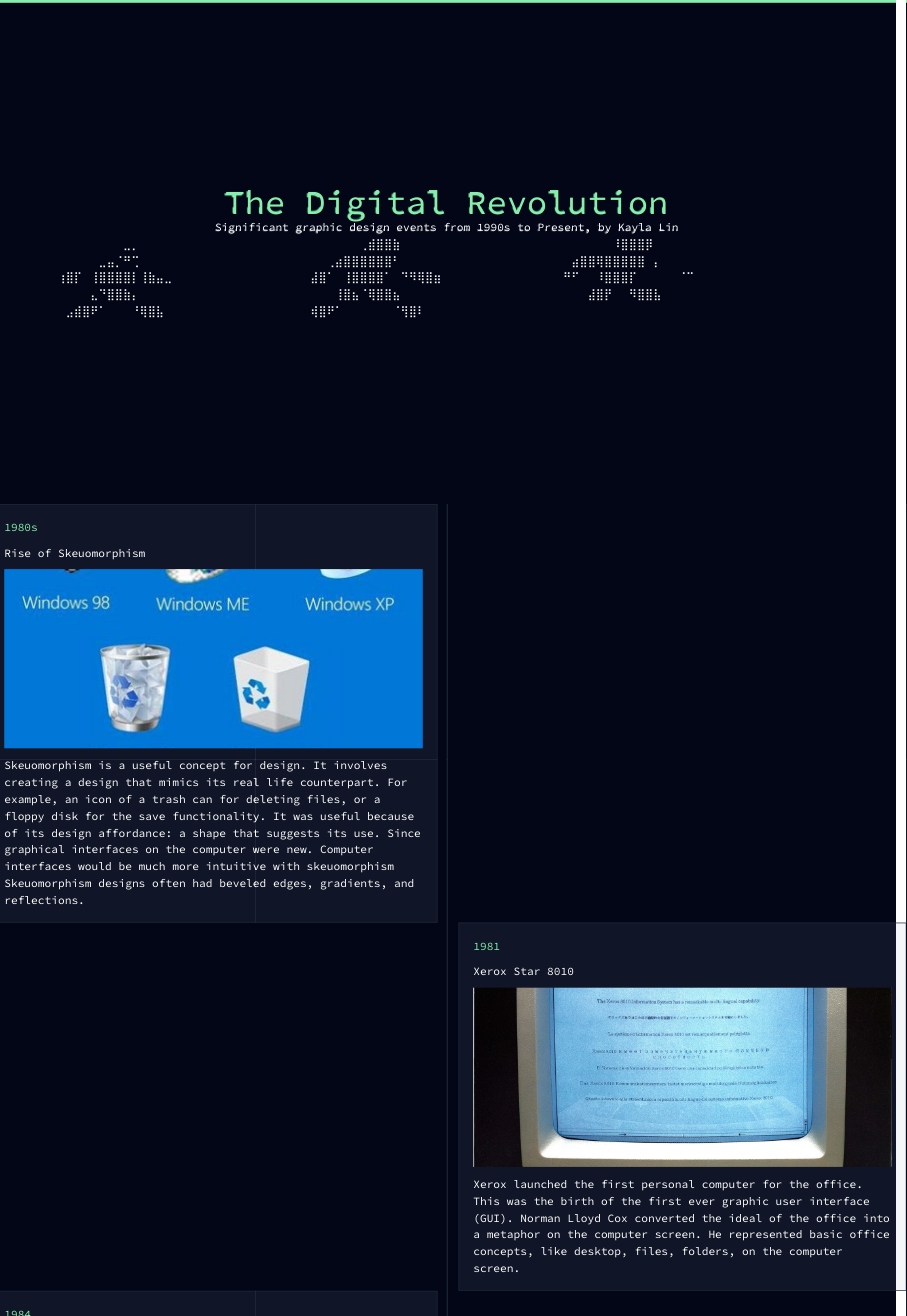
Repository: kayla-lin/graphic-design-timeline
Page: /
An editor plug-in stored every save of this project. The page is shown before and after the next save, followed by the edit.
The browser window is 1280 px wide. The page is 1295 px wide, so the pictures cover 1295 px, including what lies to the right of the window. The pictures show the part of the page from y = 0 to 1880 px (the page is 13822 px tall), at 70% of full size.
The project was rebuilt for these pictures with package versions that can differ from the ones it lists, and the page was loaded fresh each time. The framework's server and built-in components were replaced by stand-ins that run in the browser. Also part of the build but not shown: next.config.js.

Above is the page before, as saved 2023-05-01 22:25:35.

After the next save:
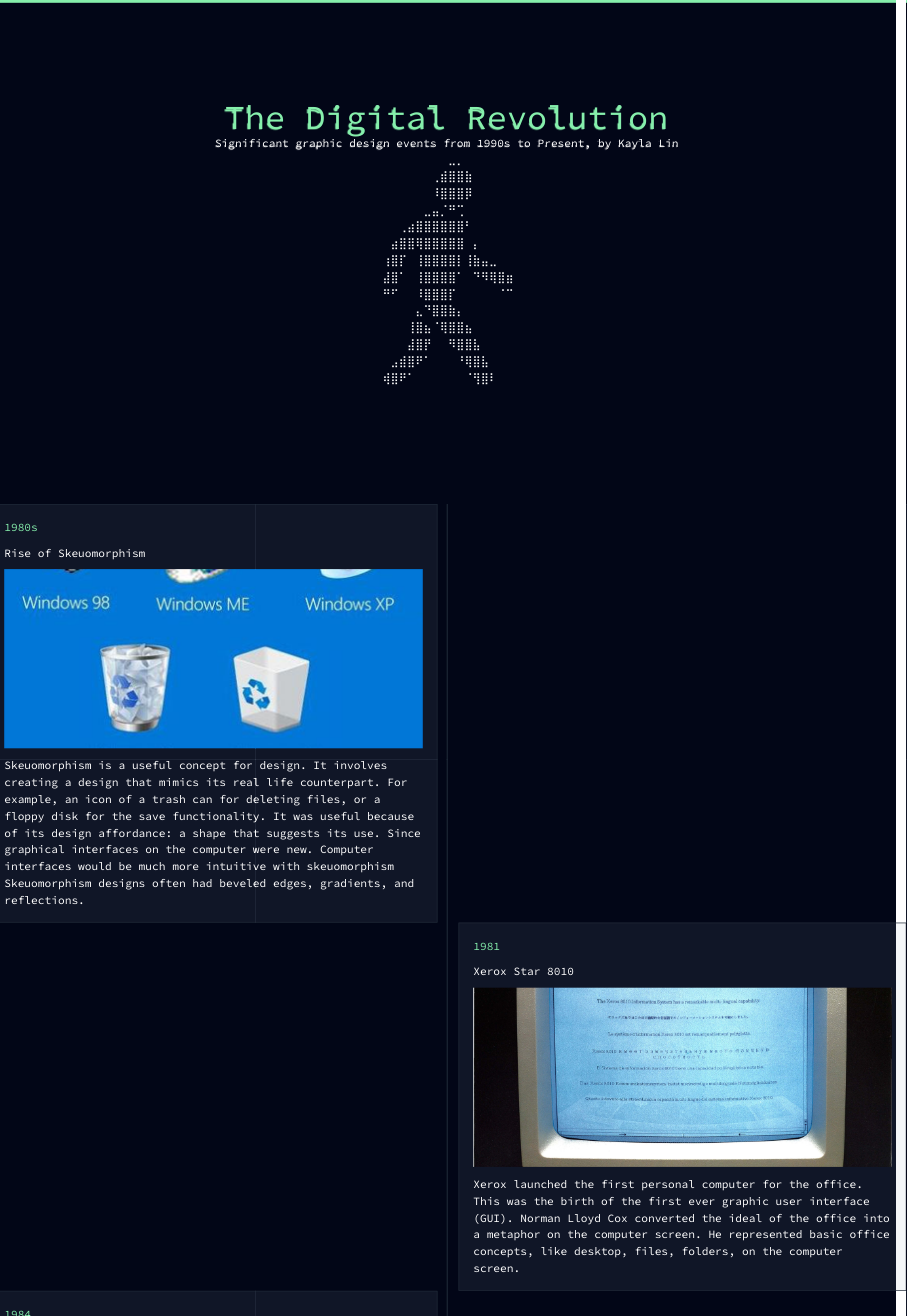
Saved 32 s later.
--- a/pages/components/Introduction/index.tsx
+++ b/pages/components/Introduction/index.tsx
@@ -3,7 +3,7 @@
 const Introduction = () => {
   // My representation of your input ASCII you get from elsewhere
   var inputASCII = [
-    "⠀⠀⠀⠀⠀⠀⠀⠀⠀⠀⠀⠀⠀⠀⠀⣀⡀⠀⠀⠀⠀⠀⠀⠀⠀⠀⠀⠀⠀⠀",
+    "<pre><code>⠀⠀⠀⠀⠀⠀⠀⠀⠀⠀⠀⠀⠀⠀⠀⣀⡀⠀⠀⠀⠀⠀⠀⠀⠀⠀⠀⠀⠀⠀",
     "⠀⠀⠀⠀⠀⠀⠀⠀⠀⠀⠀⠀⠀⢀⣾⣿⣿⣷⠀⠀⠀⠀⠀⠀⠀⠀⠀⠀⠀⠀",
     "⠀⠀⠀⠀⠀⠀⠀⠀⠀⠀⠀⠀⠀⠸⣿⣿⣿⡿⠀⠀⠀⠀⠀⠀⠀⠀⠀⠀⠀⠀",
     "⠀⠀⠀⠀⠀⠀⠀⠀⠀⠀⠀⠀⣀⣤⡈⠛⢉⠀⠀⠀⠀⠀⠀⠀⠀⠀⠀⠀⠀⠀",
@@ -17,8 +17,7 @@
     "⠀⠀⠀⠀⠀⠀⠀⠀⠀⠀⣼⣿⡟⠀⠀⠻⣿⣿⣧⠀⠀⠀⠀⠀⠀⠀⠀⠀⠀⠀",
     "⠀⠀⠀⠀⠀⠀⠀⠀⣠⣾⣿⠟⠁⠀⠀⠀⠘⢿⣿⣧⠀⠀⠀⠀⠀⠀⠀⠀⠀⠀",
     "⠀⠀⠀⠀⠀⠀⠀⢾⣿⠟⠁⠀⠀⠀⠀⠀⠀⠈⢻⣿⠇⠀⠀⠀⠀⠀⠀⠀⠀⠀",
-    "⠀⠀⠀⠀⠀⠀⠀⠀⠀⠀⠀⠀⠀⠀⠀⠀⠀⠀⠀⠀⠀⠀⠀⠀⠀⠀⠀⠀⠀⠀",
-    "</code></pre>",
+    "⠀⠀⠀⠀⠀⠀⠀⠀⠀⠀⠀⠀⠀⠀⠀⠀⠀⠀⠀⠀⠀⠀⠀⠀⠀⠀⠀⠀⠀⠀</code></pre>",
   ].join("\n");
 
   // dangerouslySetInnerHTML expects an object like this:
